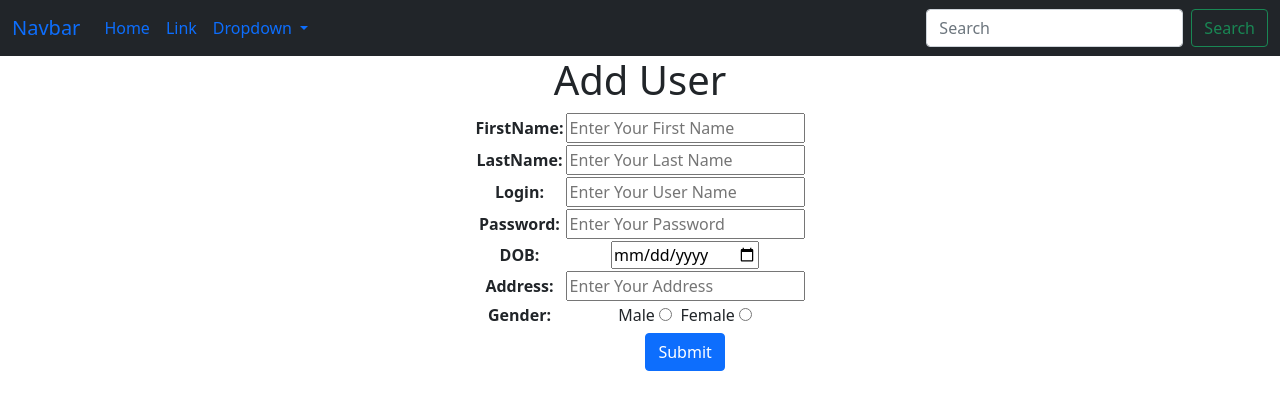
Repository: NitSharma87/Advance-Java
Page: http://localhost/Servlet_Excercise/AddUser.jsp
The author's editor kept a copy of each file at every save. The page is drawn from the files as they stood at one save, then again after the next save.
The browser window is 1280 px wide. The pictures show the whole page.
The page is served by Tomcat 10.

Above is the page before, as saved 2026-07-07 10:49:26.

After the next save:
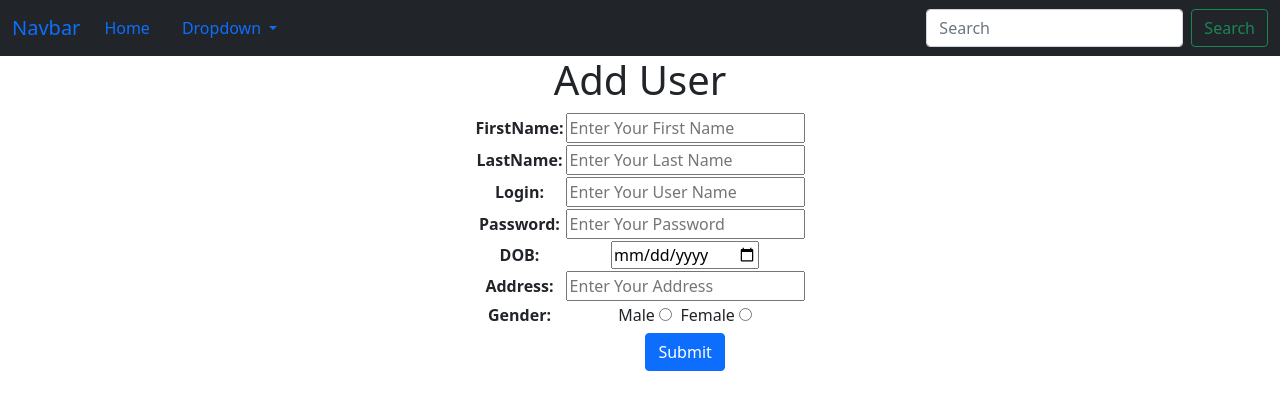
Saved 2 min 50 s later.
--- a/Servlet Excercise/src/main/webapp/Header.jsp
+++ b/Servlet Excercise/src/main/webapp/Header.jsp
@@ -15,7 +15,7 @@
   <div class="container-fluid">
     <a class="navbar-brand" href="#">Navbar</a>
     <button class="navbar-toggler" type="button" data-bs-toggle="collapse" data-bs-target="#navbarSupportedContent" aria-controls="navbarSupportedContent" aria-expanded="false" aria-label="Toggle navigation">
-      <span class="navbar-toggler-icon"></span>
+      <span class="navbar-toggler-icon"> </span>
     </button>
     <div class="collapse navbar-collapse" id="navbarSupportedContent">
       <ul class="navbar-nav me-auto mb-2 mb-lg-0">
@@ -23,17 +23,18 @@
           <a class="nav-link active" aria-current="page" href="#">Home</a>
         </li>
         <li class="nav-item">
-          <a class="nav-link" href="#">Link</a>
+          <a class="nav-link" href="#"></a>
         </li>
         <li class="nav-item dropdown">
           <a class="nav-link dropdown-toggle" href="#" id="navbarDropdown" role="button" data-bs-toggle="dropdown" aria-expanded="false">
             Dropdown
           </a>
           <ul class="dropdown-menu" aria-labelledby="navbarDropdown">
-            <li><a class="dropdown-item" href="#">Action</a></li>
-            <li><a class="dropdown-item" href="#">Another action</a></li>
+            <li><a class="dropdown-item" href="#">User View</a></li>
+            <li><a class="dropdown-item" href="#">User List</a></li>
+            <li><a class="dropdown-item" href="#">User Registration</a></li>
             <li><hr class="dropdown-divider"></li>
-            <li><a class="dropdown-item" href="#">Something else here</a></li>
+            <li><a class="dropdown-item" href="#">Login</a></li>
           </ul>
         </li>
 
